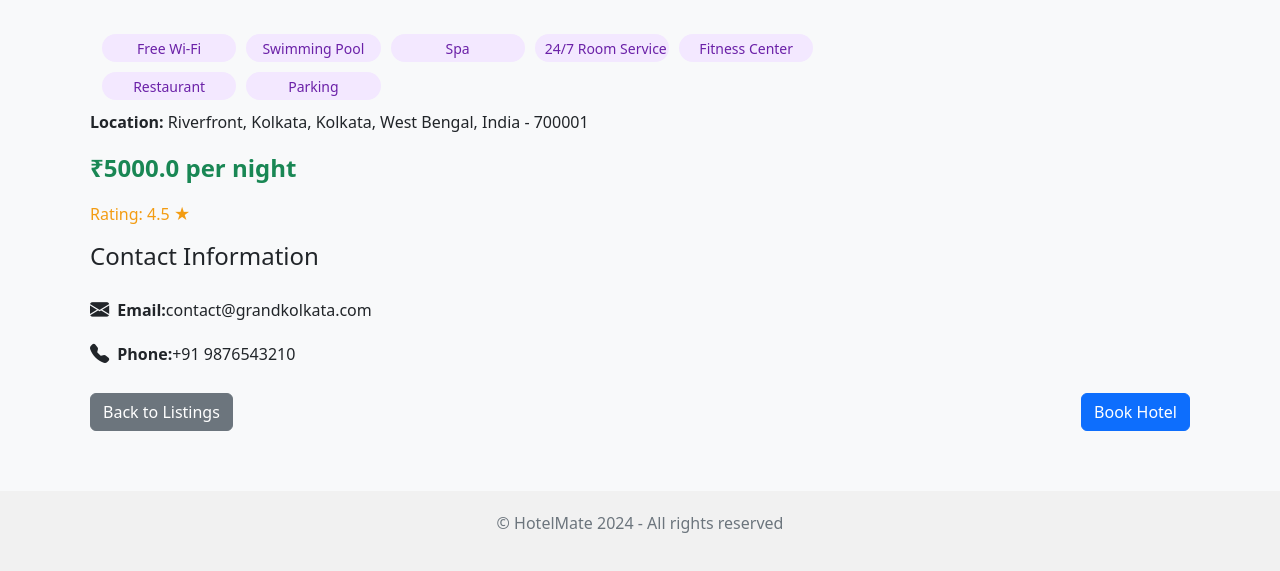
Repository: himanshu2k23/HoteMate
Page: http://localhost/HotelMate/details.jsp
An editor plug-in stored every save of this project. The page is shown before and after the next save, followed by the edit.
The browser window is 1280 px wide. The pictures show the part of the page from y = 706 to 1287 px (the page is 1277 px tall before and 1287 px after).
The page is served by Tomcat 10. Other server files are loaded and not shown.

Above is the page before, as saved 2025-01-13 19:28:45.

### HotelMate/src/main/webapp/details.jsp
<%@ page contentType="text/html;charset=UTF-8" language="java"%>
<!DOCTYPE html>
<html lang="en">
<head>
<meta charset="UTF-8">
<meta name="viewport" content="width=device-width, initial-scale=1.0">
<title>Hotel Details - HotelMate</title>
<!-- Bootstrap CSS -->
<link
	href="https://cdn.jsdelivr.net/npm/bootstrap@5.3.0/dist/css/bootstrap.min.css"
	rel="stylesheet">
<link
	href="https://cdn.jsdelivr.net/npm/bootstrap-icons/font/bootstrap-icons.css"
	rel="stylesheet">

<style>
body {
	background-color: #f8f9fa;
}

.hotel-details-container {
	margin-top: 100px;
	margin-bottom: 40px;
	padding: 20px;
}

.price {
	font-size: 1.5rem;
	font-weight: bold;
	color: #198754;
}

.rating {
	color: #f39c12;
}

.amenities-list {
	display: grid;
	grid-template-columns: repeat(auto-fill, minmax(120px, 1fr));
	gap: 10px;
	margin-left: 2px;
	padding: 10px;
}

.amenities-items {
	white-space: nowrap;
	border-radius: 9999px;
	background-color: #f3e8ff;
	padding: 0.22rem 0.625rem;
	font-size: 0.875rem;
	color: #6b21a8;
	text-align: center;
}

.amenities-list li {
	margin-bottom: 5px;
}

.carousel-item img {
	height: 500px;
	object-fit: cover;
	border-radius: 15px;
}
</style>
</head>
<body>

	<!-- Navbar -->
	<%@ include file="/Components/navbar.jsp"%>
	<%
	// Sample hotel data
	String name = "The Grand Kolkata";
	String description = "A luxurious five-star hotel offering breathtaking views of the river and world-class amenities.";
	String location = "Riverfront, Kolkata";
	String city = "Kolkata";
	String state = "West Bengal";
	String country = "India";
	String zipCode = "700001";
	double pricePerNight = 5000.0;
	float rating = 4.5f;
	String amenities = "Free Wi-Fi, Swimming Pool, Spa, 24/7 Room Service, Fitness Center, Restaurant, Parking";
	String contactEmail = "contact@grandkolkata.com";
	String contactPhone = "+91 9876543210";
	String images = "https://picsum.photos/400/300?random=1, https://picsum.photos/400/300?random=7, https://picsum.photos/400/300?random=8";

	// Split image URLs into an array
	String[] imageUrls = images.split(",");
	%>

	<div class="container hotel-details-container">
		<h2><%=name%></h2>
		<p><%=description%></p>


		<!-- Carousel for Images -->
		<div id="carousel49" class="carousel slide" data-bs-ride="carousel">
			<div class="carousel-inner">
				<%
				for (int i = 0; i < imageUrls.length; i++) {
					String image = imageUrls[i].trim();
				%>
				<div class="carousel-item <%=(i == 0) ? "active" : ""%>">
					<img src="<%=image%>" class="d-block w-100" alt="<%=name%>">
				</div>
				<%
				}
				%>
			</div>
			<%
			if (imageUrls.length > 1) {
			%>
			<button class="carousel-control-prev" type="button"
				data-bs-target="#carousel49" data-bs-slide="prev">
				<span class="carousel-control-prev-icon" aria-hidden="true"></span>
				<span class="visually-hidden">Previous</span>
			</button>
			<button class="carousel-control-next" type="button"
				data-bs-target="#carousel49" data-bs-slide="next">
				<span class="carousel-control-next-icon" aria-hidden="true"></span>
				<span class="visually-hidden">Next</span>
			</button>
			<%
			}
			%>
		</div>

		<!-- Hotel Information -->
		<div class=" mt-4">

			<div class="col-md-8">
				<div class="amenities-list">
					<%
					String[] amenitiesList = amenities.split(",");
					for (String amenity : amenitiesList) {
						amenity = amenity.trim();
					%>
					<span class="amenities-items"> <%=amenity%>
					</span>
					<%
					}
					%>
				</div>


				<p>
					<strong>Location:</strong>
					<%=location%>,
					<%=city%>,
					<%=state%>,
					<%=country%>
					-
					<%=zipCode%></p>
				<p class="price">
					₹<%=pricePerNight%>
					per night
				</p>
				<p class="rating">
					Rating:
					<%=rating%>
					★
				</p>
			</div>

			<div class="col-md-4">
				<h4 class="mb-4">
					<i class=""></i> Contact Information
				</h4>
				<ul class="list-unstyled">
					<li class="d-flex align-items-center mb-3"><i
						class="bi bi-envelope-fill me-2" style="font-size: 1.2rem;"></i> <strong>Email:
					</strong> <%=contactEmail%></li>
					<li class="d-flex align-items-center"><i
						class="bi bi-telephone-fill me-2" style="font-size: 1.2rem;"></i>
						<strong>Phone: </strong> <%=contactPhone%></li>
				</ul>
			</div>

		</div>

		<div class="d-flex justify-content-between mt-4">
			<a href="HotelDataServlet" class="btn btn-secondary">Back to
				Listings</a> <a href="" class="btn btn-primary">Book Hotel</a>
		</div>

	</div>

	<!-- Footer -->
	<%@ include file="/Components/footer.jsp"%>

	<!-- Bootstrap JS (Popper.js included) -->
	<script
		src="https://cdn.jsdelivr.net/npm/@popperjs/core@2.11.7/dist/umd/popper.min.js"></script>
	<script
		src="https://cdn.jsdelivr.net/npm/bootstrap@5.3.0/dist/js/bootstrap.min.js"></script>
</body>
</html>

### HotelMate/src/main/webapp/Components/navbar.jsp
<nav class="navbar navbar-expand-lg"
	style="background-color: #343a40; border-radius: 15px; padding: 10px 20px; box-shadow: 0px 4px 12px rgba(0, 0, 0, 0.2); margin: 10px; position: fixed; top: 0px; width: calc(100% - 20px); z-index: 1000;">
	<div class="container-fluid">
		<!-- Logo and Brand Name -->
		<a class="navbar-brand text-light d-flex align-items-center"
			href="index.jsp"> <img
			src="http://localhost:8080/HotelMate/Images/HotelmateLogo.png"
			alt="Logo" width="80" height="60"
			class="d-inline-block align-text-top"> <span
			class="nav-link text-light active">HotelMate</span>
		</a>

		<!-- Toggler button for smaller screens -->
		<button class="navbar-toggler" type="button" data-bs-toggle="collapse"
			data-bs-target="#navbarNav" aria-controls="navbarNav"
			aria-expanded="false" aria-label="Toggle navigation"
			style="border-color: #f8f9fa;">
			<span class="navbar-toggler-icon" style="color: #f8f9fa;"></span>
		</button>

		<!-- Navbar Links -->
		<div class="collapse navbar-collapse" id="navbarNav">

			<script>
				// Scroll functionality
				function scrollToFeatures(event) {
					event.preventDefault();
					localStorage.setItem('scrollToFeatures', 'true');
					window.location.href = "index.jsp";
				}

				function scrollToContact(event) {
					event.preventDefault();
					localStorage.setItem('scrollToContact', 'true');
					window.location.href = "index.jsp";
				}

				// Logic to dynamically toggle login/logout
				window.addEventListener('DOMContentLoaded', () => {
					const navRight = document.querySelector('.navbar-nav.ms-auto');
					navRight.innerHTML = ''; // Clear the default buttons

					if (localStorage.getItem('HasLoggedIn') === 'true') {
						// Show dropdown if logged in
						navRight.innerHTML = `
							<li class="nav-item dropdown">
							<a class="nav-link dropdown-toggle text-light" href="#" id="userDropdown" role="button"
							data-bs-toggle="dropdown" aria-expanded="false">
							<i class="bi bi-person-circle" style="font-size: 2rem;"></i>
						</a>

								<ul class="dropdown-menu dropdown-menu-end" aria-labelledby="userDropdown">
									<li><a class="dropdown-item" href="mybookings.jsp">My Bookings</a></li>
									<li><hr class="dropdown-divider"></li>
									<li><a class="dropdown-item" href="#" onclick="logout()">Logout</a></li>
								</ul>
							</li>
						`;
					} else {
						// Show login and signup if not logged in
						navRight.innerHTML = `
							<li class="nav-item"><a class="nav-link login-btn" href="login.jsp">Login</a></li>
							<li class="nav-item"><a class="nav-link signup-btn" href="signup.jsp">Sign Up</a></li>
						`;
					}
				});

				// Logout function
				function logout() {
					localStorage.removeItem('HasLoggedIn');
					window.location.href = 'index.jsp';
				}
			</script>

			<ul class="navbar-nav me-auto">
				<li class="nav-item"><a
					class="nav-link text-light active hover-effect" aria-current="page"
					href="index.jsp">Home</a></li>
				<li class="nav-item"><a
					class="nav-link text-light hover-effect" href="#"
					onclick="scrollToFeatures(event)">Features</a></li>
				<li class="nav-item"><a
					class="nav-link text-light hover-effect" href="HotelDataServlet">Hotels</a></li>
				<li class="nav-item"><a
					class="nav-link text-light hover-effect" href="#"
					onclick="scrollToContact(event)">Contact Us</a></li>
			</ul>

			<!-- Login/Sign Up or Account Dropdown -->
			<ul class="navbar-nav ms-auto gap-3"></ul>
		</div>
	</div>
</nav>

<style>
.hover-effect {
	transition: color 0.3s ease, background-color 0.3s ease;
}

.hover-effect:hover {
	color: #97CC04 !important;
}

.login-btn, .signup-btn {
	background-color: #97CC04;
	color: #fff;
	border-radius: 5px;
	padding: 8px 15px;
	transition: background-color 0.3s ease;
}

.login-btn:hover, .signup-btn:hover {
	background-color: #76b302;
	color: #fff;
}
</style>

### HotelMate/src/main/webapp/Components/footer.jsp
<style>
.footer {
	padding: 20px 0;
	background-color: #f1f1f1;
	text-align: center;
}
</style>

<div class='footer' id="footer">
	<p class="text-center text-secondary">© HotelMate 2024 - All
		rights reserved</p>
</div>

After the next save:
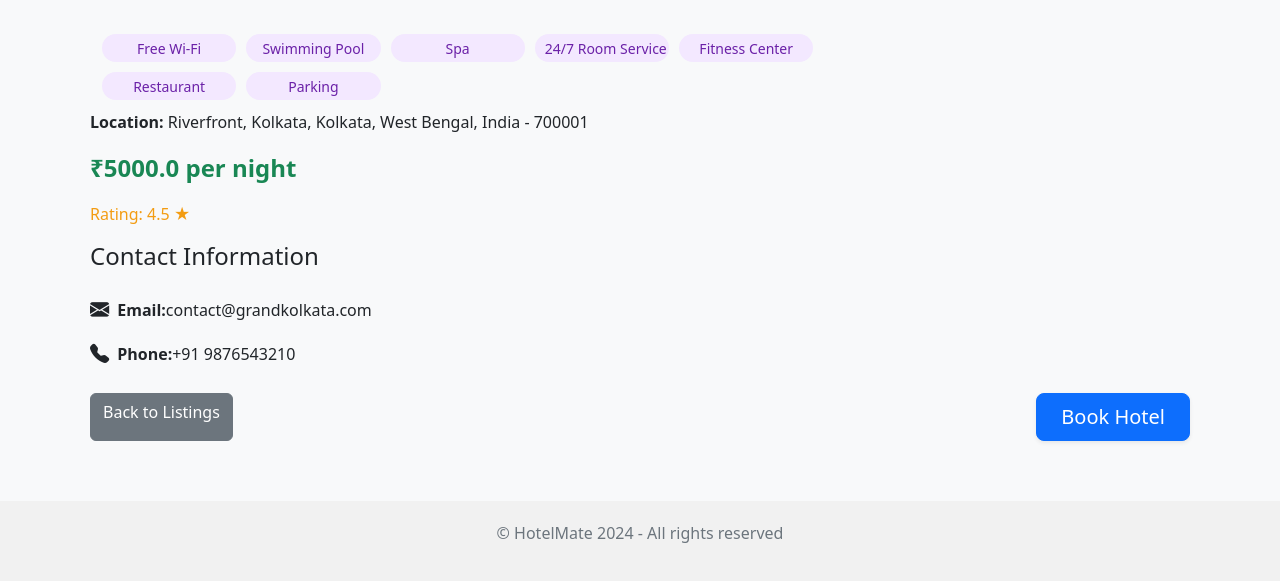
Saved 96 s later.
--- a/HotelMate/src/main/webapp/details.jsp
+++ b/HotelMate/src/main/webapp/details.jsp
@@ -179,7 +179,10 @@ body {
 
 		<div class="d-flex justify-content-between mt-4">
 			<a href="HotelDataServlet" class="btn btn-secondary">Back to
-				Listings</a> <a href="" class="btn btn-primary">Book Hotel</a>
+				Listings</a> <a href=""
+				class="btn btn-primary btn-lg px-4 py-2 shadow-sm hover-shadow-lg transition-all">Book
+				Hotel</a>
+
 		</div>
 
 	</div>
